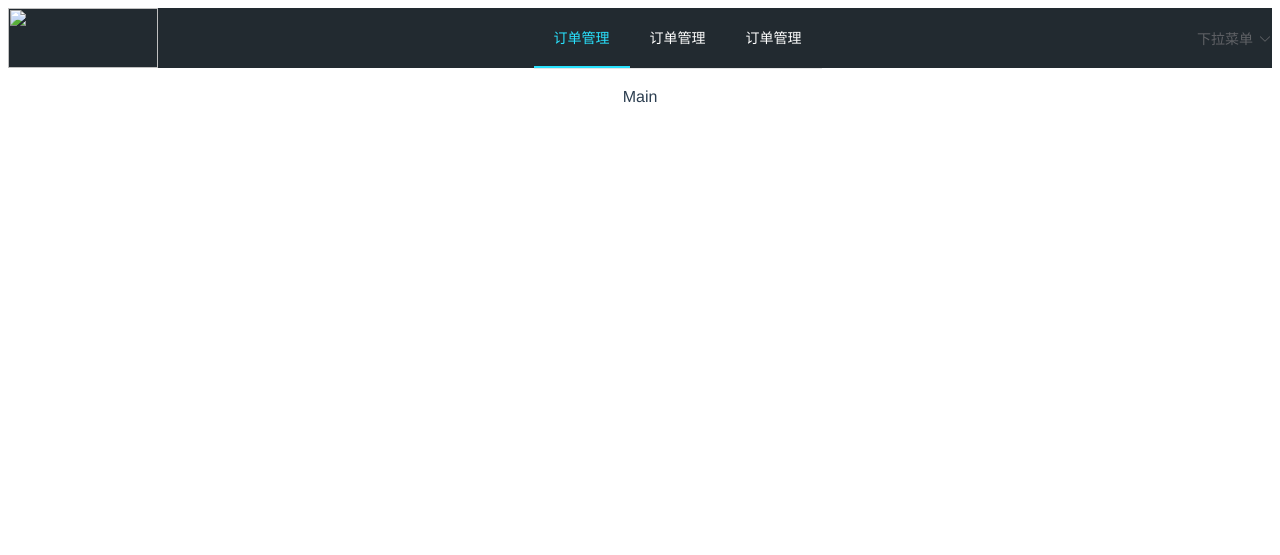
Repository: TheWomanLiketheWind/woodpecker
Page: /
The author's editor kept a copy of each file at every save. The page is drawn from the files as they stood at one save, then again after the next save.
The browser window is 1280 px wide. The pictures show the whole page.
The project was rebuilt for these pictures with package versions that can differ from the ones it lists, and the page was loaded fresh each time. Imported but missing from the stored project, and not drawn on this page: src/views/About.vue.

Above is the page before, as saved 2019-07-25 15:15:38.

After the next save:
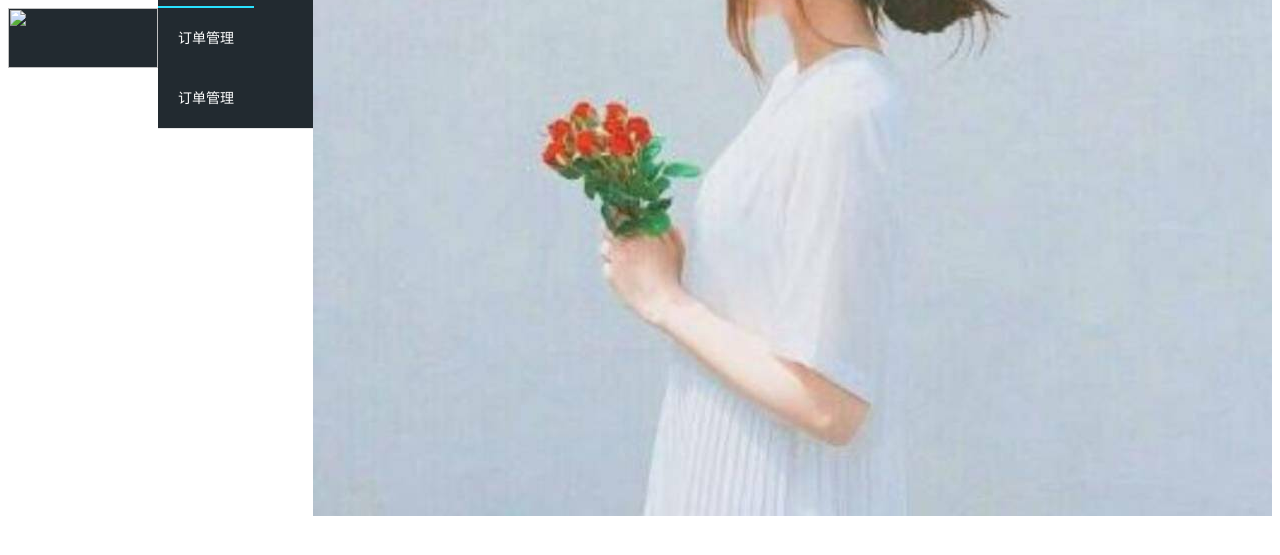
Saved 2 min 36 s later.
--- a/src/views/Home.vue
+++ b/src/views/Home.vue
@@ -17,7 +17,7 @@
 
       <el-dropdown>
         <span class="el-dropdown-link">
-          下拉菜单<i class="el-icon-arrow-down el-icon--right"></i>
+          <img src="../assets/headImage.jpg" />
         </span>
         <el-dropdown-menu slot="dropdown">
           <el-dropdown-item>个人信息</el-dropdown-item>
